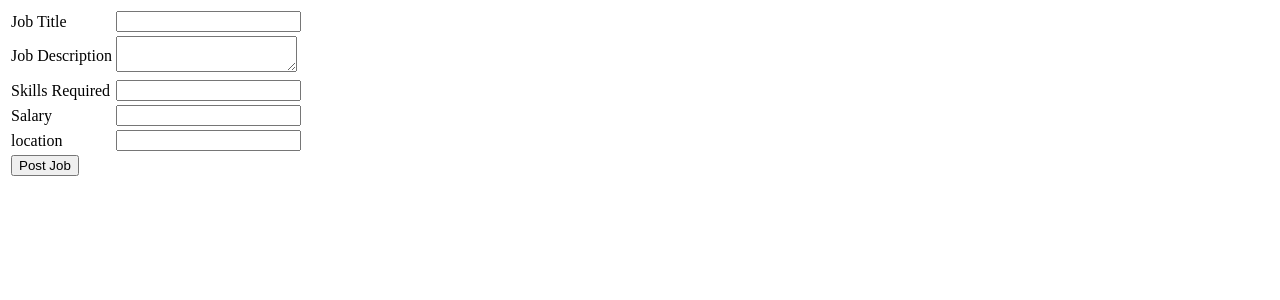
Repository: 123poornima/UpdatedSecondProject
Page: frontendPro/WebContent/_job/createJob.html
These files come from the project's save history. The page is drawn as it stood at one moment and after the next save; the edit follows.
The browser window is 1280 px wide. The pictures show the whole page.

Above is the page before, as saved 2017-01-11 03:33:04.

After the next save:
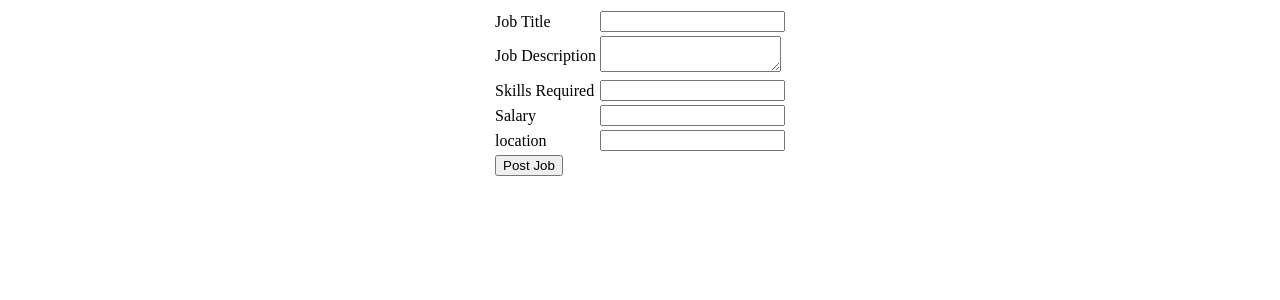
Saved 2 min 44 s later.
--- a/frontendPro/WebContent/_job/createJob.html
+++ b/frontendPro/WebContent/_job/createJob.html
@@ -6,7 +6,7 @@
 </head>
 <body>
 <form>
-<table>
+<table class="table" align="center">
 <tr>
 <td>Job Title</td>
 <td><input type="text" ng-model="job.jobTitle"></td>
